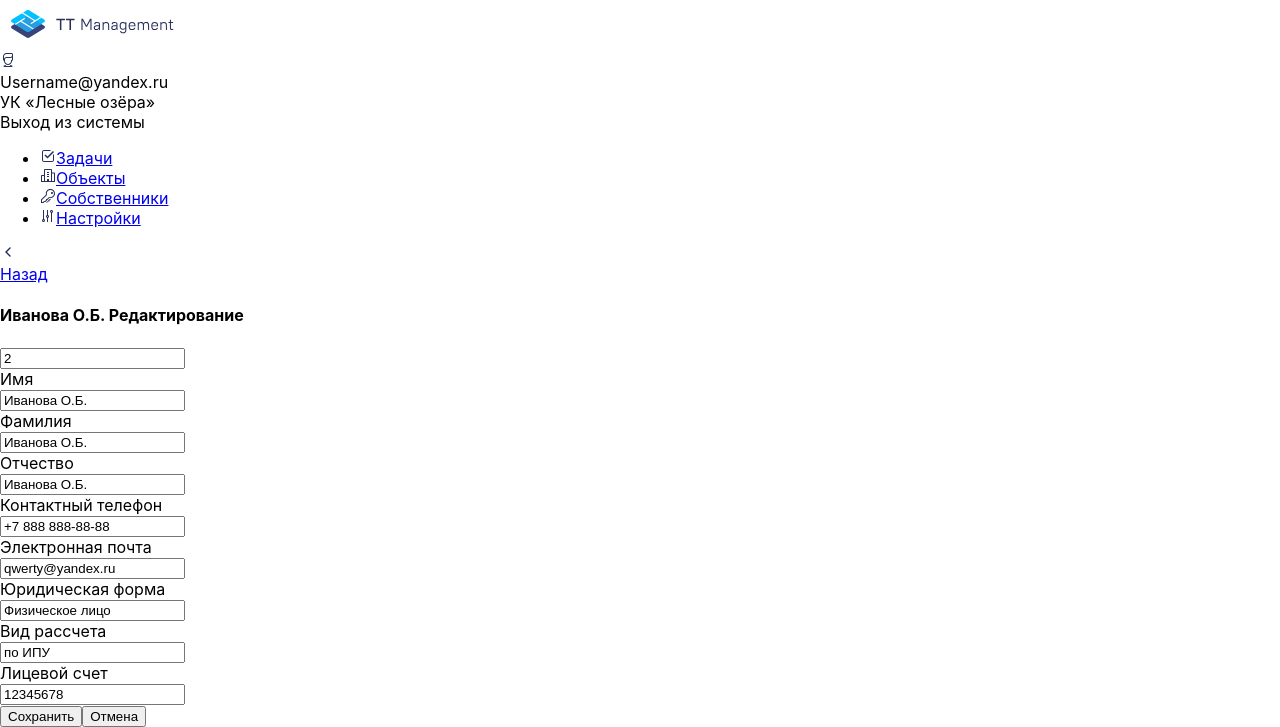
Repository: TryBr/tt-management
Page: /owners/1/edit
The author's editor kept a copy of each file at every save. The page is drawn from the files as they stood at one save, then again after the next save.
The browser window is 1280 px wide. The pictures show the whole page.
The project was rebuilt for these pictures with package versions that can differ from the ones it lists, and the page was loaded fresh each time. Also part of the build but not shown: src/App.css, src/TaskDetail.js, src/Owners.js, src/OwnerDetail.js.

Above is the page before, as saved 2020-07-21 11:24:05.

After the next save:
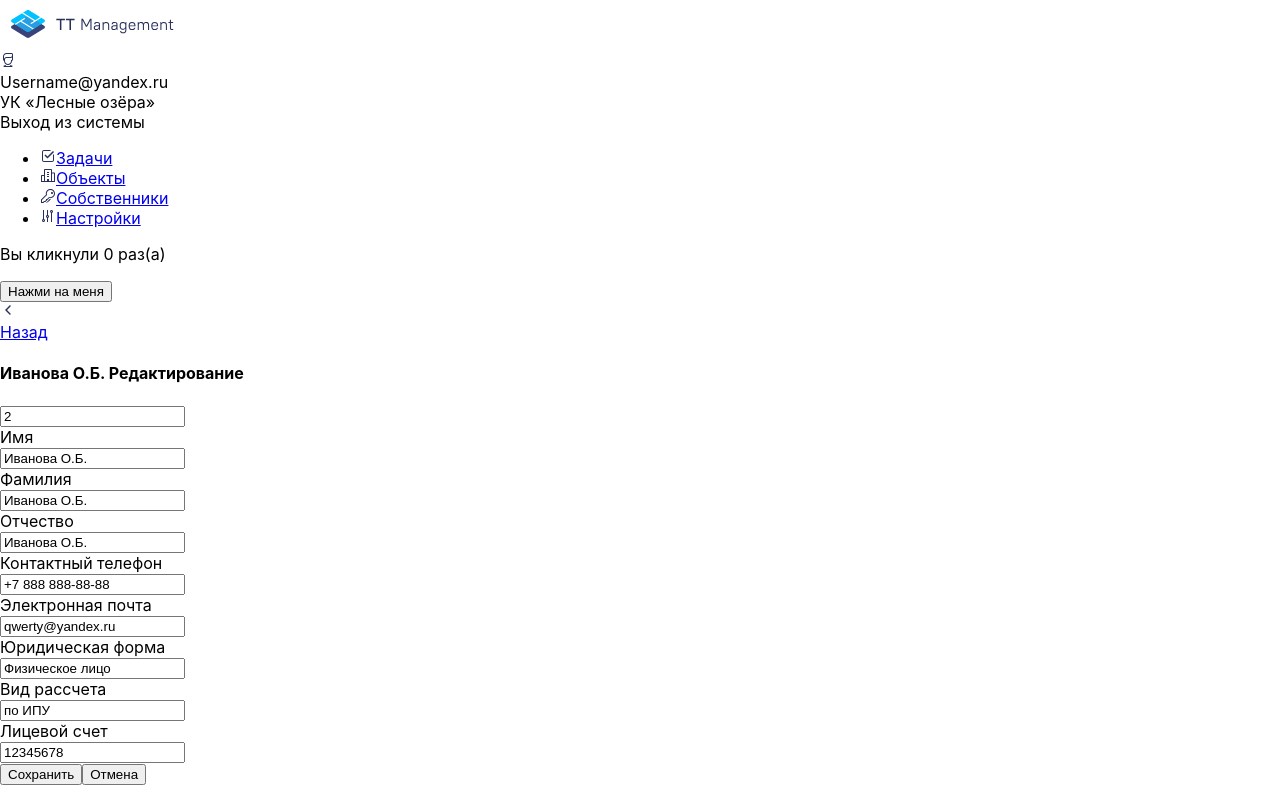
Saved 35 s later.
--- a/src/OwnerEdit.js
+++ b/src/OwnerEdit.js
@@ -21,6 +21,7 @@ const OwnerEdit = ({ owner }) => {
         owners: [],
     });
 
+    const [count, setCount] = useState(0);
 
     let { id } = useParams();
     let { url } = useRouteMatch();
@@ -36,7 +37,10 @@ const OwnerEdit = ({ owner }) => {
     return (
 
         <div className="owner-detail">
-
+            <p>Вы кликнули {count} раз(а)</p>
+            <button onClick={() => setCount(count + 1)}>
+                Нажми на меня
+            </button>
             <Link to={`/owners/${id}`}>
                 <PageHeader
                     className="site-page-header"
